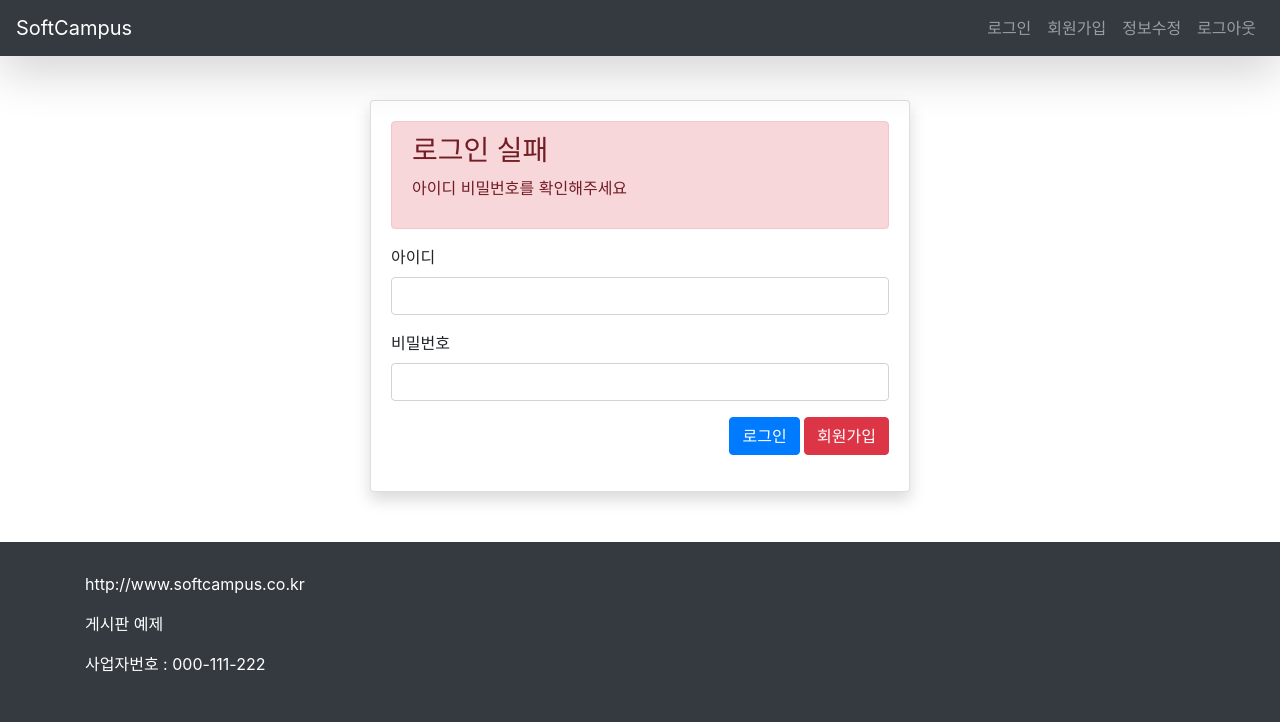
Repository: Wunhyeon/SpringMVC
Page: http://localhost/MiniProjectJava/WEB-INF/views/user/login.jsp
These files come from the project's save history. The page is drawn as it stood at one moment and after the next save; the edit follows.
The browser window is 1280 px wide. The pictures show the whole page.
The page is served by Tomcat 9. Nobody is signed in. Other server files are loaded and not shown. The template is opened directly, without the code that normally fills it, so the values that code supplies are empty.

Above is the page before, as saved 2020-09-06 16:32:05.

### MiniProjectJava/WebContent/WEB-INF/views/user/login.jsp
<%@ page language="java" contentType="text/html; charset=UTF-8"
    pageEncoding="UTF-8"%>
<%@ taglib prefix="c" uri="http://java.sun.com/jsp/jstl/core" %>
<%@ taglib prefix="form" uri="http://www.springframework.org/tags/form" %>
<%-- <c:url var="root" value="/"></c:url> --%>
<c:set var="root" value="${pageContext.request.contextPath }/"></c:set>

<!DOCTYPE html>
<html>
<head>
<meta charset="UTF-8">
<meta name="viewport" content="width=device-width, initial-scale=1">
<title>미니 프로젝트</title>
<!-- Bootstrap CDN -->
<link rel="stylesheet" href="https://maxcdn.bootstrapcdn.com/bootstrap/4.1.0/css/bootstrap.min.css">
<script src="https://ajax.googleapis.com/ajax/libs/jquery/3.3.1/jquery.min.js"></script>
<script src="https://cdnjs.cloudflare.com/ajax/libs/popper.js/1.14.0/umd/popper.min.js"></script>
<script src="https://maxcdn.bootstrapcdn.com/bootstrap/4.1.0/js/bootstrap.min.js"></script>
</head>
<body>

<!-- 상단 메뉴 부분 -->
<c:import url="/WEB-INF/views/include/top_menu.jsp"></c:import>

<div class="container" style="margin-top:100px">
	<div class="row">
		<div class="col-sm-3"></div>
		<div class="col-sm-6">
			<div class="card shadow">
				<div class="card-body">
					<div class="alert alert-danger">
						<h3>로그인 실패</h3>
						<p>아이디 비밀번호를 확인해주세요</p>
					</div>
					<form:form action="${root }user/login_pro" method="post" modelAttribute="tempLoginUserBean">
						<div class="form-group">
							<form:label path="user_id">아이디</form:label>
							<form:input path="user_id" class="form-control"/>
							<form:errors path="user_id" style="color:red"></form:errors>
						</div>
						<div class="form-group">
							<form:label path="user_pw">비밀번호</form:label>
							<form:password path="user_pw" class="form-control"/>
							<form:errors path="user_pw" style="color:red"></form:errors>
						</div>
						<div class="form-group text-right">
							<button type="submit" class="btn btn-primary">로그인</button>
							<a href="${root }user/join" class="btn btn-danger">회원가입</a>
						</div>
					</form:form>
				</div>
			</div>
		</div>
		<div class="col-sm-3"></div>
	</div>
</div>


<c:import url="/WEB-INF/views/include/bottom_info.jsp"></c:import>

</body>
</html>

### MiniProjectJava/WebContent/WEB-INF/views/include/top_menu.jsp
<%@ page language="java" contentType="text/html; charset=UTF-8"
    pageEncoding="UTF-8"%>
<%@ taglib prefix="c" uri="http://java.sun.com/jsp/jstl/core"%>
<%-- <c:url var='root' value='/'></c:url> --%>
<c:set var="root" value="${pageContext.request.contextPath }/"></c:set>

<!-- 상단 메뉴 부분 -->
<nav class="navbar navbar-expand-md bg-dark navbar-dark fixed-top shadow-lg">
	<a class="navbar-brand" href="${root }main">SoftCampus</a>
	<button class="navbar-toggler" type="button" data-toggle="collapse"
	        data-target="#navMenu">
		<span class="navbar-toggler-icon"></span>
	</button>
	<div class="collapse navbar-collapse" id="navMenu">
		<ul class="navbar-nav">
			<c:forEach var="obj" items="${topMenuList }">
				<a href="${root }board/main?board_info_idx=${obj.board_info_idx}" class="nav-link">${obj.board_info_name }</a>
			</c:forEach>


		</ul>

		<ul class="navbar-nav ml-auto">
			<li class="nav-item">
				<a href="${root }user/login" class="nav-link">로그인</a>
			</li>
			<li class="nav-item">
				<a href="${root }user/join" class="nav-link">회원가입</a>
			</li>
			<li class="nav-item">
				<a href="${root }user/modify" class="nav-link">정보수정</a>
			</li>
			<li class="nav-item">
				<a href="${root }user/logout" class="nav-link">로그아웃</a>
			</li>
		</ul>
	</div>
</nav>

### MiniProjectJava/WebContent/WEB-INF/views/include/bottom_info.jsp
<%@ page language="java" contentType="text/html; charset=UTF-8"
    pageEncoding="UTF-8"%>
<div class="container-fluid bg-dark text-white" style="margin-top:50px;padding-top:30px;padding-bottom:30px">
	<div class="container">
		<p>http://www.softcampus.co.kr</p>
		<p>게시판 예제</p>
		<p>사업자번호 : 000-111-222</p>
	</div>
</div>

After the next save:
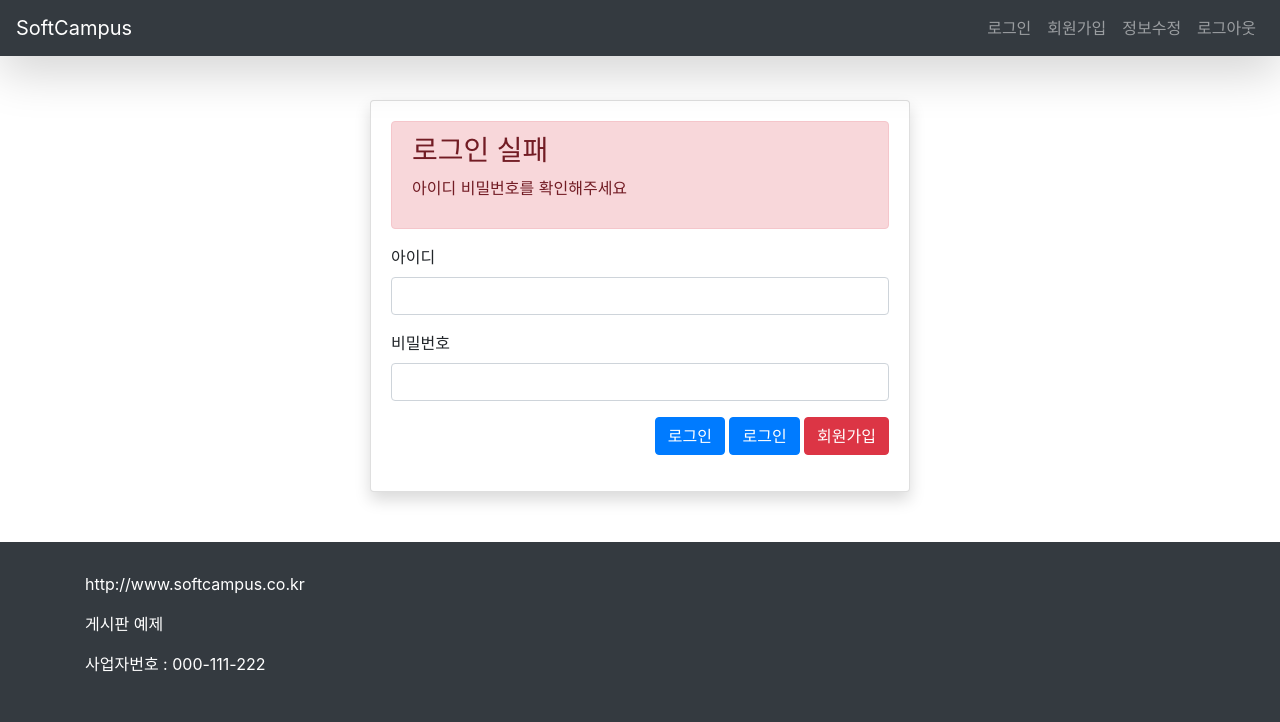
Saved 68 s later.
--- a/MiniProjectJava/WebContent/WEB-INF/views/user/login.jsp
+++ b/MiniProjectJava/WebContent/WEB-INF/views/user/login.jsp
@@ -45,6 +45,7 @@
 						</div>
 						<div class="form-group text-right">
 							<button type="submit" class="btn btn-primary">로그인</button>
+							<form:button class = "btn btn-primary">로그인</form:button>
 							<a href="${root }user/join" class="btn btn-danger">회원가입</a>
 						</div>
 					</form:form>

After the 2 saves that followed:
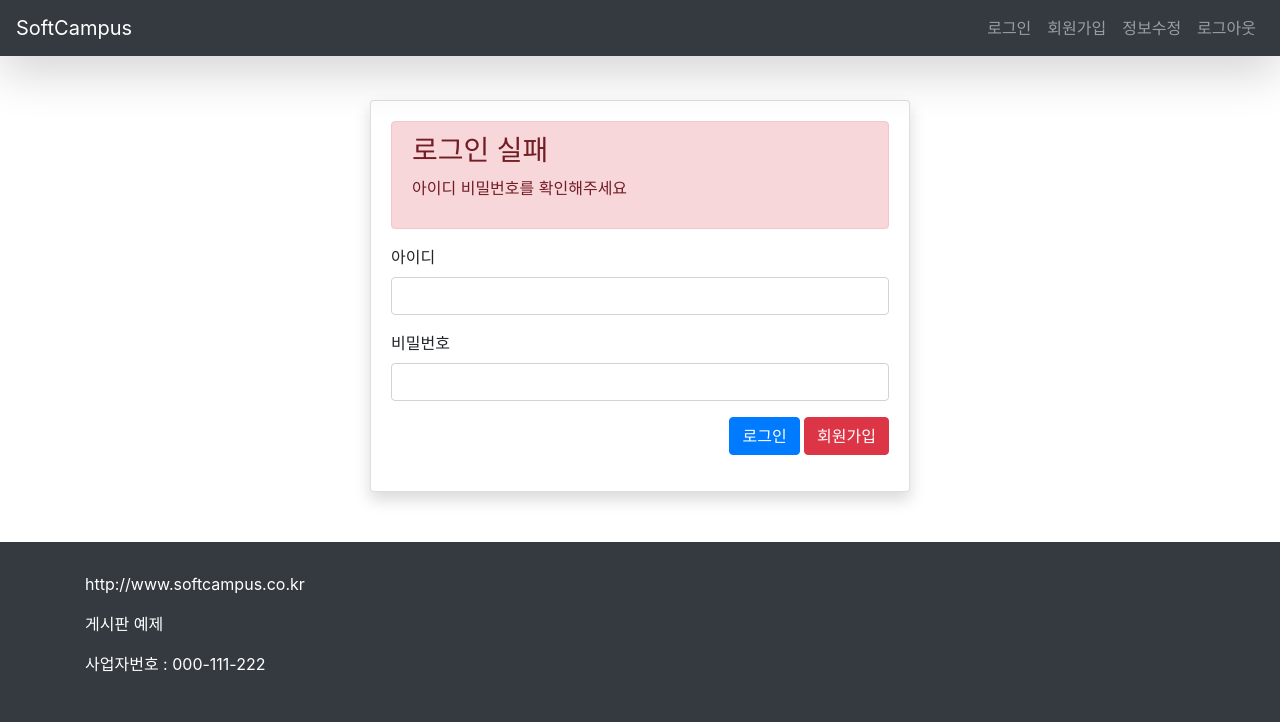
The 2 saves are shown as one change because 1 left the picture as it was.
The last was saved 14 s later.
--- a/MiniProjectJava/WebContent/WEB-INF/views/user/login.jsp
+++ b/MiniProjectJava/WebContent/WEB-INF/views/user/login.jsp
@@ -44,8 +44,7 @@
 							<form:errors path="user_pw" style="color:red"></form:errors>
 						</div>
 						<div class="form-group text-right">
-							<button type="submit" class="btn btn-primary">로그인</button>
-							<form:button class = "btn btn-primary">로그인</form:button>
+							<form:button class = "btn btn-primary" type="submit">로그인</form:button>
 							<a href="${root }user/join" class="btn btn-danger">회원가입</a>
 						</div>
 					</form:form>
